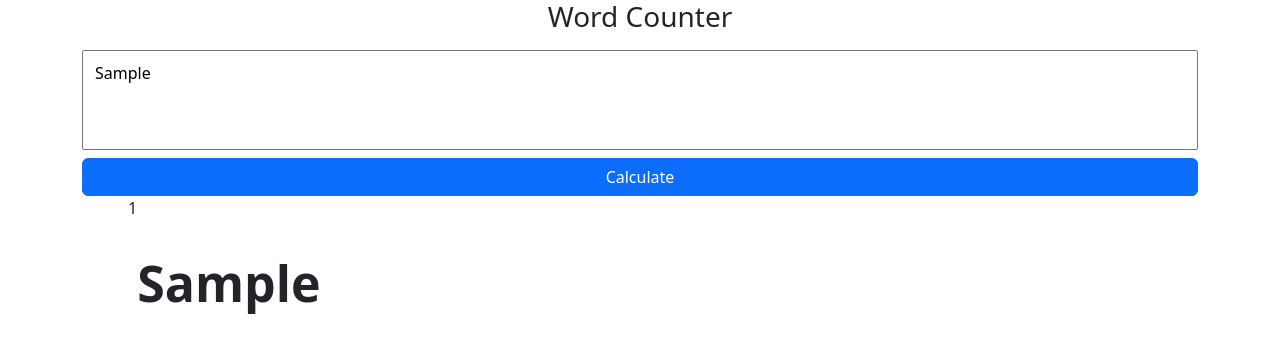
Repository: magmukendi/Tweets-Count
Page: index.html
These files come from the project's save history. The page is drawn as it stood at one moment and after the next save; the edit follows.
The browser window is 1280 px wide. The pictures show the whole page.
Empty fields were first filled with sample values (such as "Sample", 5 or name@example.com).
After loading, the first visible `#tt` was changed once.
Some web libraries are served in a nearby version.

Above is the page before, as saved 2022-06-11 14:46:06.

### index.html
<!DOCTYPE html>
<html lang="en">
<head>
    <meta charset="UTF-8">
    <meta http-equiv="X-UA-Compatible" content="IE=edge">
    <meta name="viewport" content="width=device-width, initial-scale=1.0">
    <link href="https://cdn.jsdelivr.net/npm/bootstrap@5.2.0-beta1/dist/css/bootstrap.min.css" rel="stylesheet" integrity="sha384-0evHe/X+R7YkIZDRvuzKMRqM+OrBnVFBL6DOitfPri4tjfHxaWutUpFmBp4vmVor" crossorigin="anonymous">
    <link rel="shortcut icon" href="assets/images/icon.ico"image/x-icon">
    <script src="https://kit.fontawesome.com/cd3abaa76f.js" crossorigin="anonymous"></script>

    <link href="style.css" rel="stylesheet">
    <title>Price Calculator</title>
</head>
<body>
    <div id="answer" class="container row">
        <h3>Word Counter</h3>
        <textarea id="tt" class="mt-2 mb-2" id="won" autosize></textarea>
        <button onclick="myFunction()" class="btn btn-primary"> Calculate</button>


    </div>

    <div id="result"justify style="width: 80%; display: flex; ; margin:auto; text-align: justify;">

    </div>


    <script type="text/javascript" src="app.js"></script>
</body>
</html>

### style.css
body{
    margin:auto;
    align-items: center;
    text-align: center;
}
.container{
    margin:auto;
    display: flex;
    justify-content: center;
    align-items: center;
}

.form-elem{
    margin-top: 10;
    margin-bottom: 10;
}

#tt{
    resize: none;
    overflow: visible;
    padding-top:10px;
    padding-bottom: 10px;
    height: 100px;
}

### app.js
let list = []
let result = 0;
let x;
let p;
let xValue;
let s;
let number;
let input = document.getElementById('tt');
let d;
let e;
let doc = document.getElementById('result');

function print(){
        doc.innerHTML = '';
        x = document.getElementById('tt');
        p = document.createElement('p')
        number = document.createElement('p')
        xValue = x.value;
        if (xValue){
                p.innerText = xValue
        }
        doc.append(number)
        doc.appendChild(p)
        p.style = 'font-weight:bold; font-size:50px; margin-top:50px';
}
function colorChange(){
        s = p.innerText
        let n =/\w+/g
        number.innerText = s.match(n).length;
        if (s.match(n).length >=10){
                p.style.color ='red';
                console.log(s.match(n))

        }
}
function render (){
        document.getElementById('tt').addEventListener('keyup', print)
        document.getElementById('tt').addEventListener('keyup', colorChange)
}
render()
function myFunction(){
        let doc = document.getElementById('result');
        doc.innerHTML = '';

        if (xValue){
                p.innerText = xValue
        }
        else{
                alert("please enter a number")
        }
        doc.appendChild(p)
        p.style = 'font-weight:bold; font-size:50px; margin-top:50px'
        x.value = ''
}


/*function add(){
        let p = document.getElementById('tt');
        let d =parseInt(p.value)
        if (d>=0){
                result += d;
                p.value =''
                console.log(result)
        }
        else{
                alert("please enter a number")
        }
}*/

After the next save:
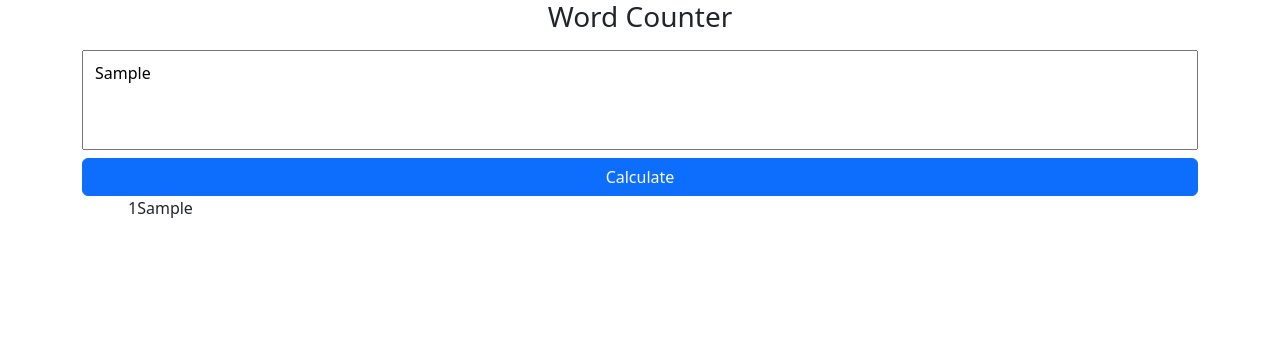
Console error: ReferenceError: center is not defined
Saved 14 s later.
--- a/app.js
+++ b/app.js
@@ -21,6 +21,7 @@
         }
         doc.append(number)
         doc.appendChild(p)
+        number.style.textAlign = center;
         p.style = 'font-weight:bold; font-size:50px; margin-top:50px';
 }
 function colorChange(){
